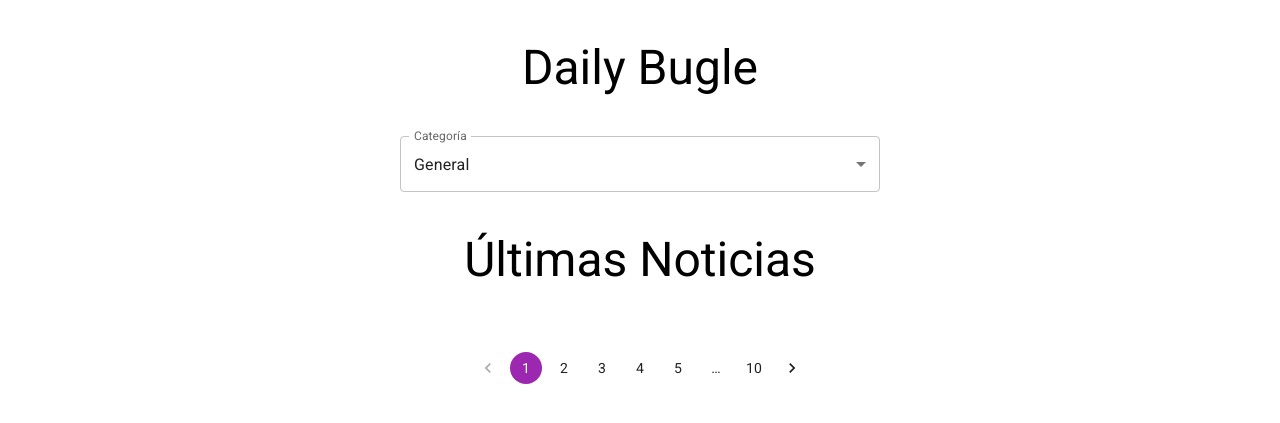
Repository: CarlosCamposRodriguez99/noticiasApp
Page: /
These files come from the project's save history. The page is drawn as it stood at one moment and after the next save; the edit follows.
The browser window is 1280 px wide. The pictures show the whole page.
The page's requests for data from a server got no answer. Some web fonts or font styles are not loaded; a fallback is used. The project was rebuilt for these pictures with package versions that can differ from the ones it lists, and the page was loaded fresh each time. No one was signed in, and anything a server would have sent is missing. Also part of the build but not shown: vite.config.js, src/components/Noticia.jsx.

Above is the page before, as saved 2022-06-08 17:43:20.

After the next save:
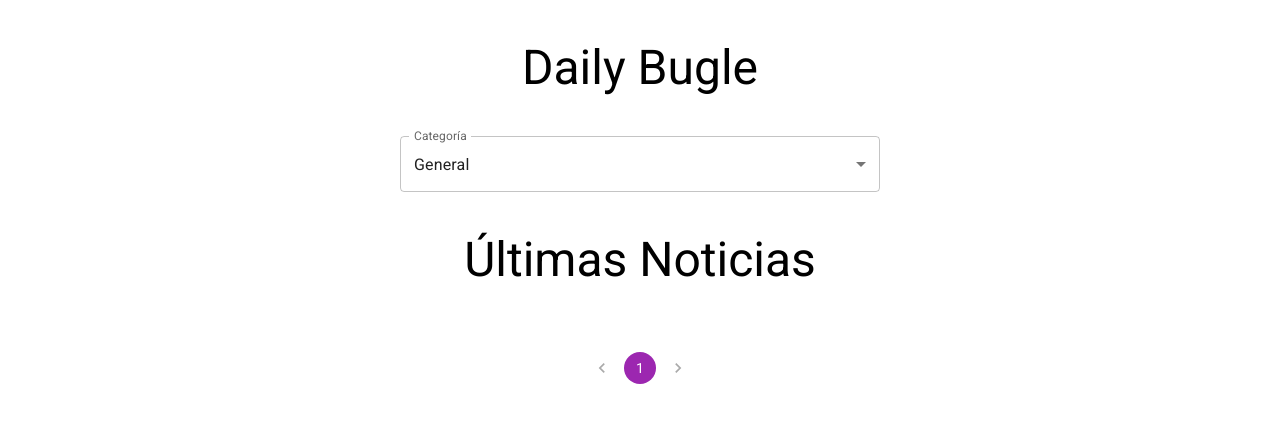
Saved 22 s later.
--- a/src/components/ListadoNoticias.jsx
+++ b/src/components/ListadoNoticias.jsx
@@ -43,7 +43,7 @@
             marginY: 5
           }}
         >
-          <Pagination count={10} color='secondary' />
+          <Pagination count={totalPaginas} color='secondary' />
         </Stack>
     </>
   )
